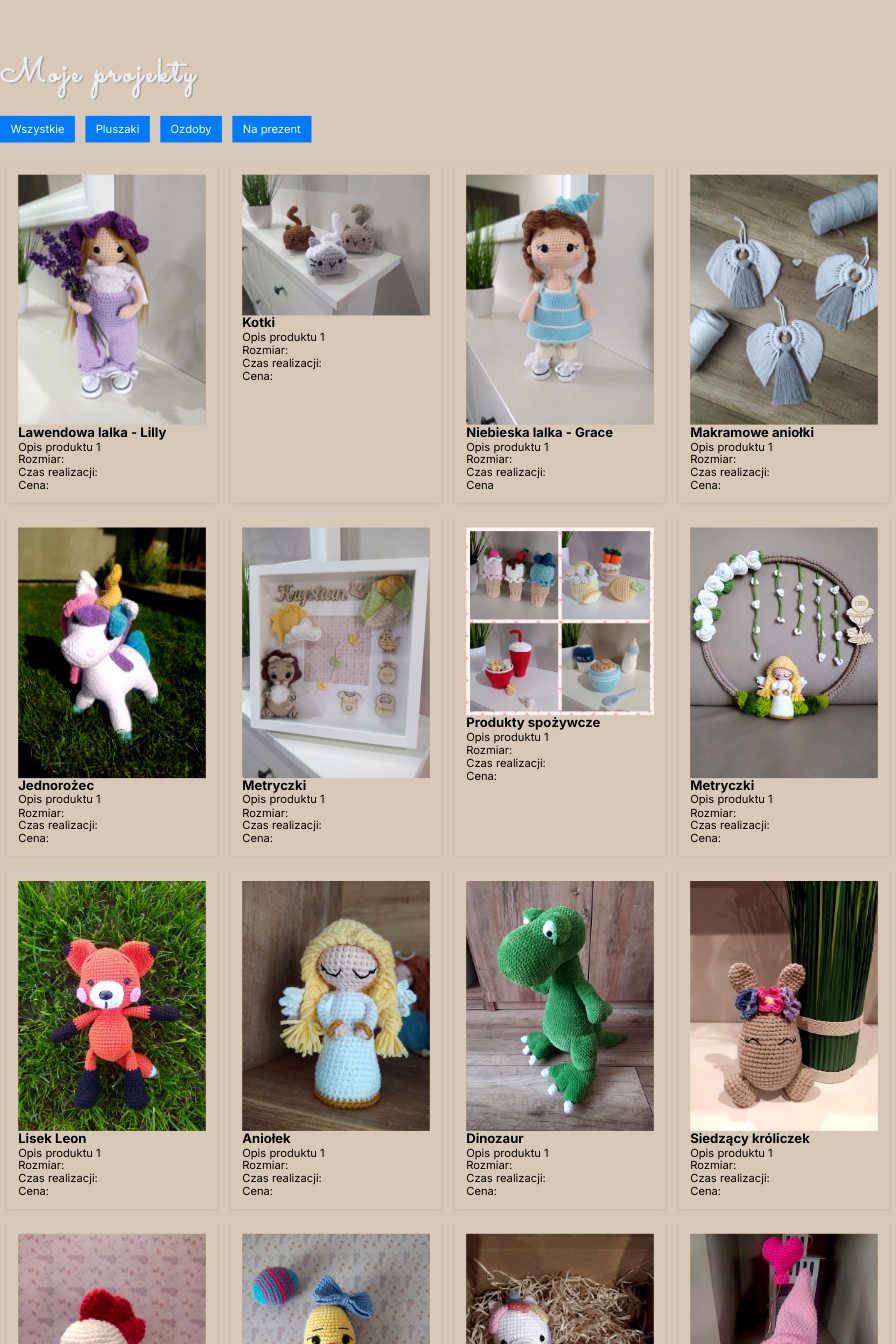
Repository: KlaudiaK0205/Craftoszet
Page: index.html
An editor plug-in stored every save of this project. The page is shown before and after a run of saves, followed by the edit.
The browser window is 1280 px wide. The pictures show the part of the page from y = 2361 to 4281 px (the page is 6485 px tall before and 5799 px after), at 70% of full size.
Some web libraries are served in a nearby version. The style sheet was rebuilt from its Sass, Less or Tailwind sources for each picture, by a compiler version that may differ from the author's.

Above is the page before, as saved 2024-10-06 15:03:44.

After the next 3 saves:
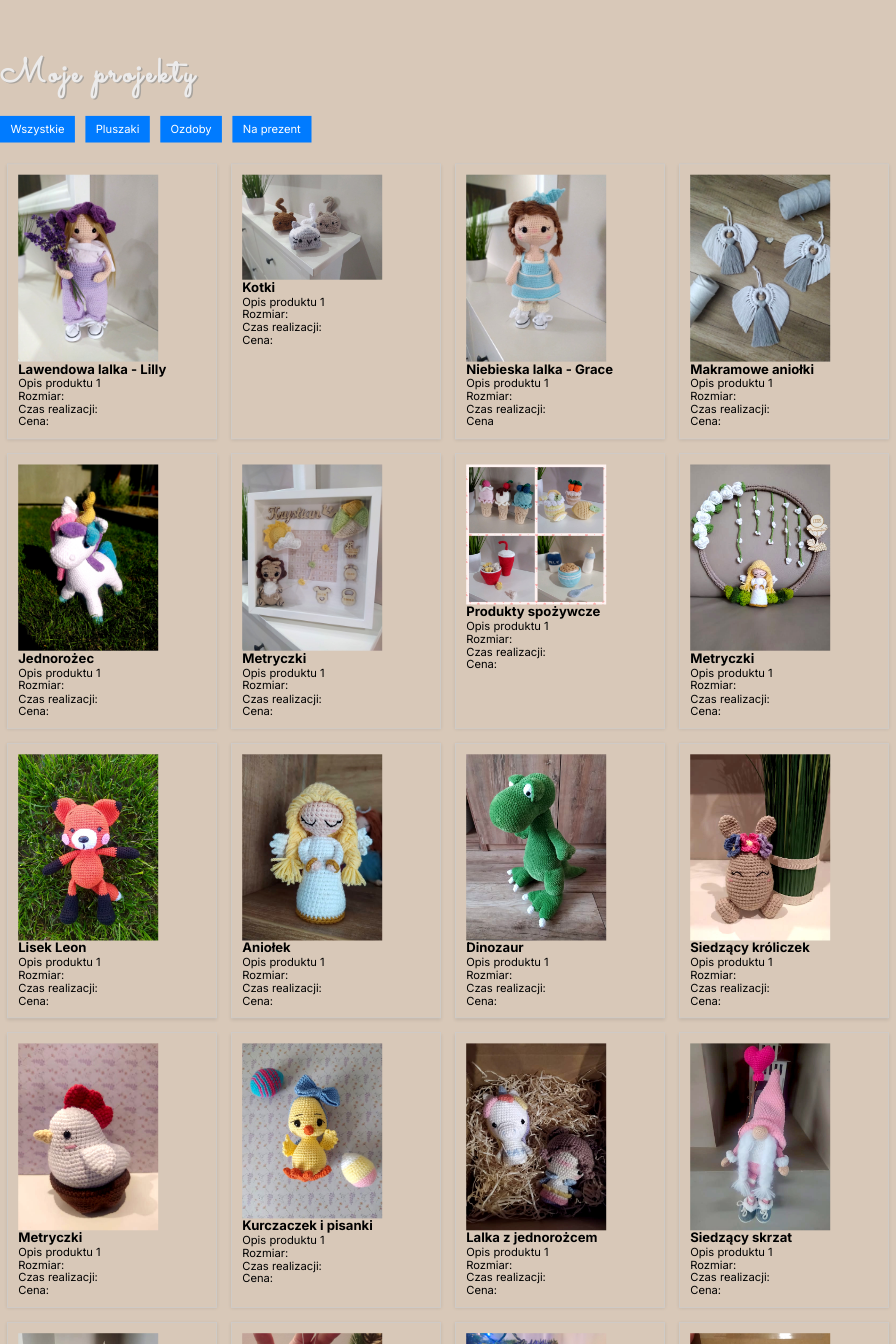
The 3 saves are shown as one change because they came seconds apart.
The last was saved 10 s later.
--- a/sass/layout/_myProducts.scss
+++ b/sass/layout/_myProducts.scss
@@ -31,3 +31,7 @@
     width: calc(25% - 20px); /* 4 karty w wierszu */
     box-shadow: 0 2px 5px rgba(0, 0, 0, 0.1);
 }
+
+.productImg {
+    width: 200px;
+}

After the save that followed:
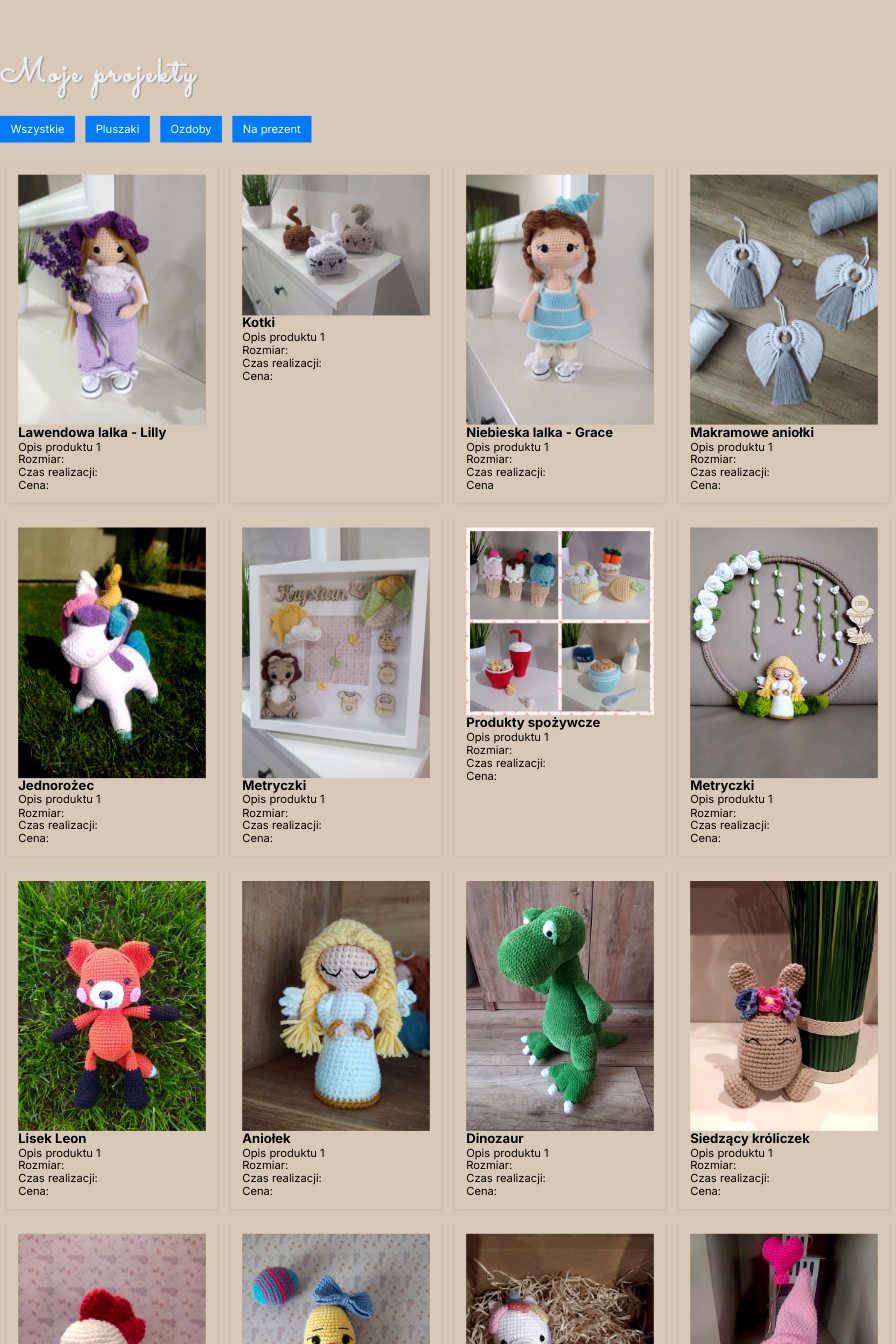
Saved 6 s later.
--- a/sass/layout/_myProducts.scss
+++ b/sass/layout/_myProducts.scss
@@ -33,5 +33,5 @@
 }
 
 .productImg {
-    width: 200px;
+    width: 400px;
 }
